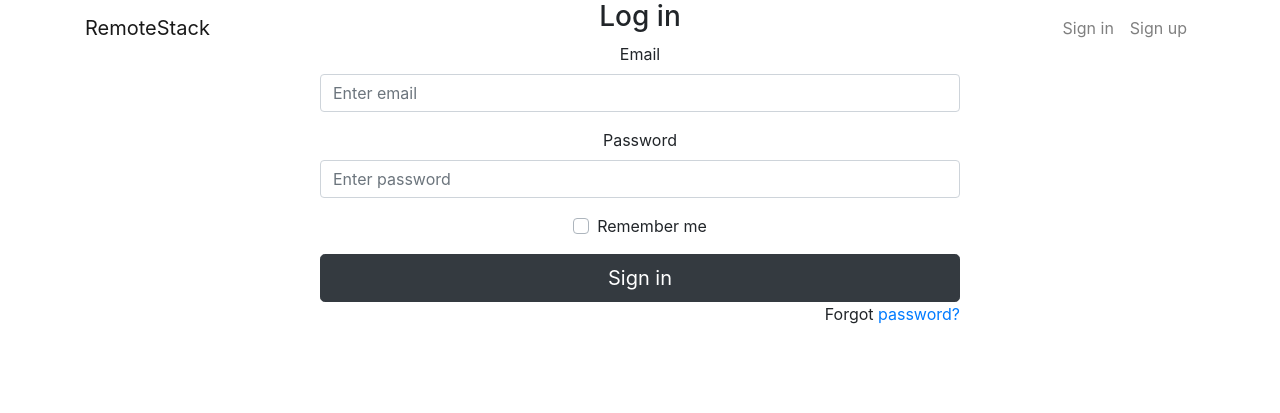
Repository: khanhnguyen1999/Login_SignUp
Page: /
These files come from the project's save history. The page is drawn as it stood at one moment and after the next save; the edit follows.
The browser window is 1280 px wide. The pictures show the whole page.
The project was rebuilt for these pictures with package versions that can differ from the ones it lists, and the page was loaded fresh each time. Also part of the build but not shown: src/component/SignUp.js.

Above is the page before, as saved 2020-12-05 23:27:25.

### src/index.js
import React from "react";
import ReactDOM from "react-dom";
import { BrowserRouter } from "react-router-dom";
import "./index.css";
import App from "./App";

ReactDOM.render(
    <BrowserRouter>
        <App />
    </BrowserRouter>,
    document.getElementById("root")
);

### src/index.css
body {
  margin: 0;
  font-family: -apple-system, BlinkMacSystemFont, 'Segoe UI', 'Roboto', 'Oxygen',
    'Ubuntu', 'Cantarell', 'Fira Sans', 'Droid Sans', 'Helvetica Neue',
    sans-serif;
  -webkit-font-smoothing: antialiased;
  -moz-osx-font-smoothing: grayscale;
}

code {
  font-family: source-code-pro, Menlo, Monaco, Consolas, 'Courier New',
    monospace;
}

.inner > form
{
  width:50%;
  margin:auto
}

### src/App.js
import React from 'react';
import '../node_modules/bootstrap/dist/css/bootstrap.min.css';
import './App.css';
import { BrowserRouter as Router, Switch, Route, Link } from "react-router-dom";

import Login from "./component/Login";
import SignUp from "./component/SignUp";

function App() {
  return (<Router>
    <div className="App">
      <nav className="navbar navbar-expand-lg navbar-light fixed-top">
        <div className="container">
          <Link className="navbar-brand" to={"/sign-in"}>RemoteStack</Link>
          <div className="collapse navbar-collapse" id="navbarTogglerDemo02">
            <ul className="navbar-nav ml-auto">
              <li className="nav-item">
                <Link className="nav-link" to={"/sign-in"}>Sign in</Link>
              </li>
              <li className="nav-item">
                <Link className="nav-link" to={"/sign-up"}>Sign up</Link>
              </li>
            </ul>
          </div>
        </div>
      </nav>

      <div className="outer">
        <div className="inner">
          <Switch>
            <Route exact path='/' component={Login} />
            <Route path="/sign-in" component={Login} />
            <Route path="/sign-up" component={SignUp} />
          </Switch>
        </div>
      </div>
    </div></Router>
  );
}

export default App;

### src/component/Login.js
import React, { Component } from "react";

export default class Login extends Component {
    render() {
        return (
            <form>

                <h3>Log in</h3>

                <div className="form-group">
                    <label>Email</label>
                    <input type="email" className="form-control" placeholder="Enter email" />
                </div>

                <div className="form-group">
                    <label>Password</label>
                    <input type="password" className="form-control" placeholder="Enter password" />
                </div>

                <div className="form-group">
                    <div className="custom-control custom-checkbox">
                        <input type="checkbox" className="custom-control-input" id="customCheck1" />
                        <label className="custom-control-label" htmlFor="customCheck1">Remember me</label>
                    </div>
                </div>

                <button type="submit" className="btn btn-dark btn-lg btn-block">Sign in</button>
                <p className="forgot-password text-right">
                    Forgot <a href="#">password?</a>
                </p>
            </form>
        );
    }
}

Loaded but not shown: public/index.html (common file); src/App.css (common file)

After the next save:
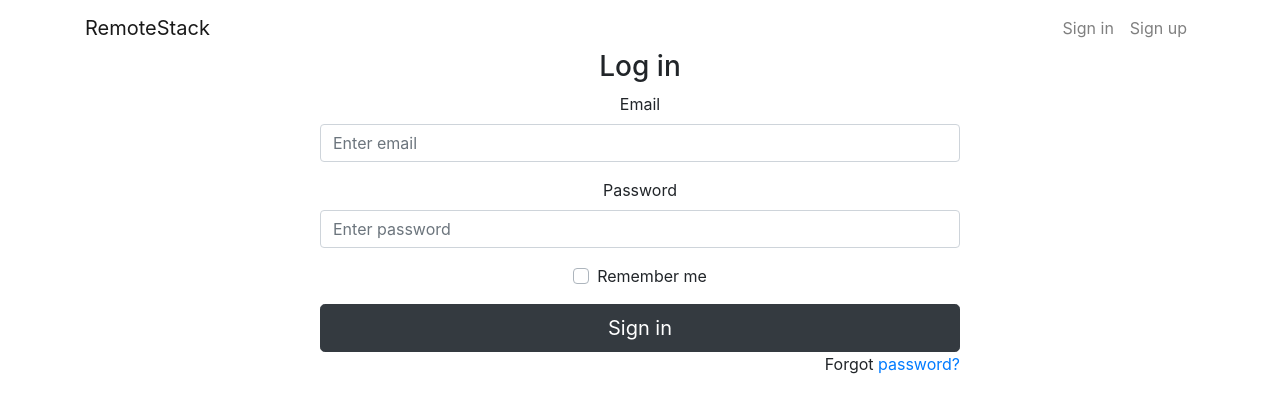
Saved 8 s later.
--- a/src/index.css
+++ b/src/index.css
@@ -15,5 +15,5 @@ code {
 .inner > form
 {
   width:50%;
-  margin:auto
+  margin:50px auto
 }
